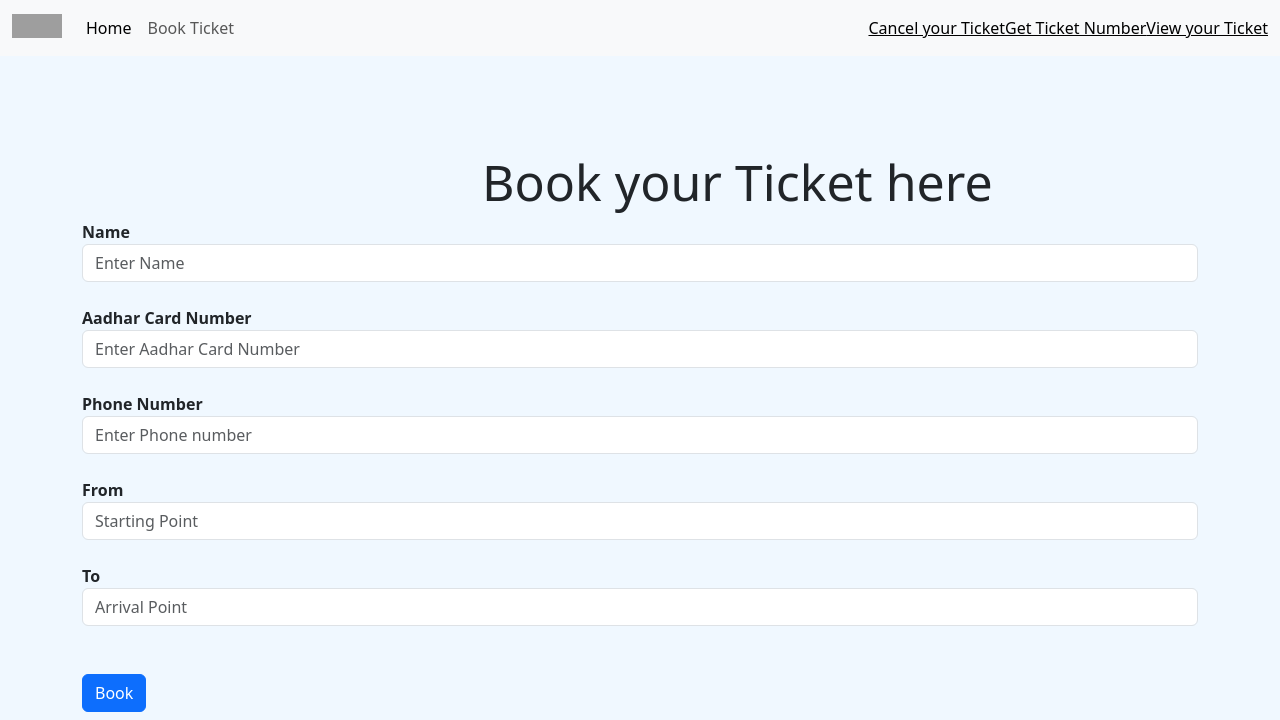
Repository: MayankSardana/Book-My-Ticket
Page: http://localhost/Book
These files come from the project's save history. The page is drawn as it stood at one moment and after the next save; the edit follows.
The browser window is 1280 px wide. The pictures show the whole page.
Pictures or frames that could not be fetched are drawn as grey boxes. The page is this project's Thymeleaf template; nobody is signed in. The template is opened directly, without the code that normally fills it, so the values that code supplies are empty.

Above is the page before, as saved 2024-07-02 06:09:35.

After the next save:
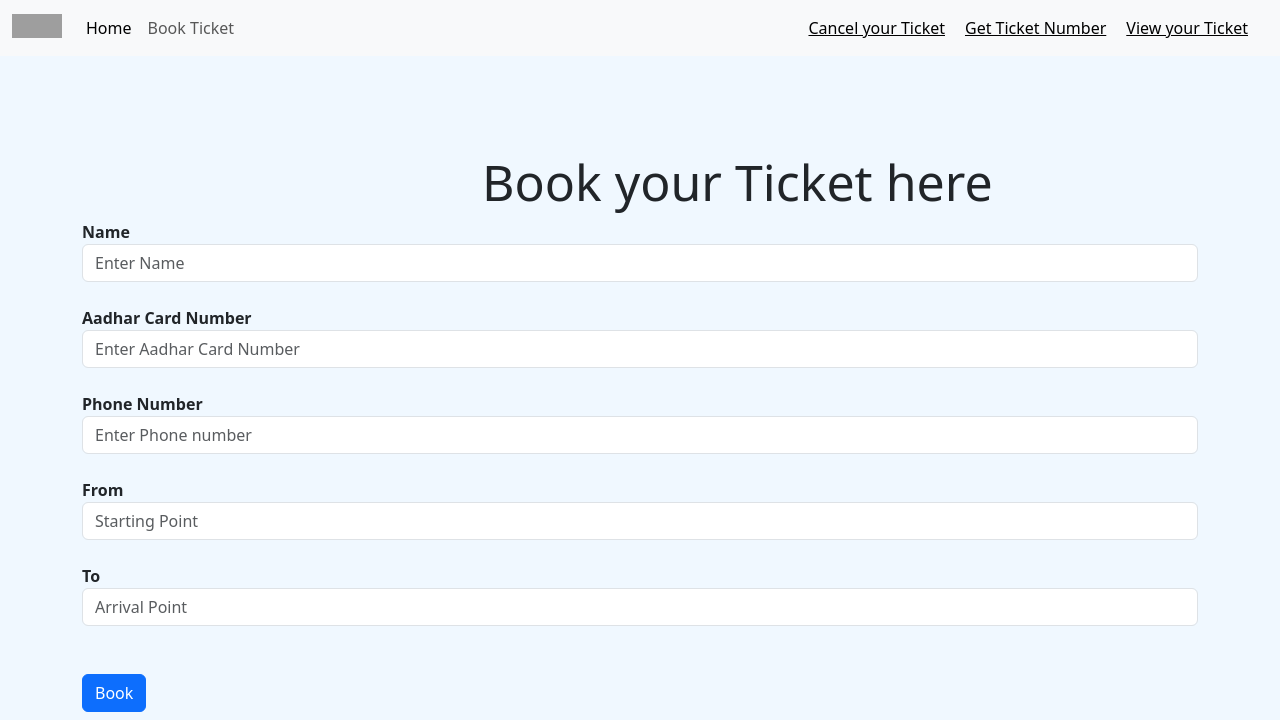
Saved 54 s later.
--- a/BookMyTicket/src/main/resources/templates/Book.html
+++ b/BookMyTicket/src/main/resources/templates/Book.html
@@ -17,6 +17,15 @@
         body{
             background-color:aliceblue;
         }
+
+		.tt{
+		          text-decoration:underline;
+		          padding:10px;
+		          margin-left:450px;
+		      }
+			.n{
+				margin-right:20px;
+			}
     </style>
   </head>
   <body>
